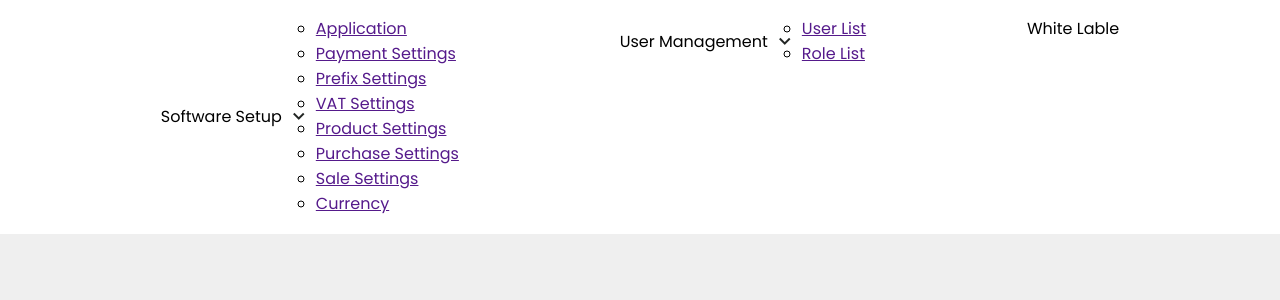
Repository: codebyaddro/pos-settings
Page: settings.html
An editor plug-in stored every save of this project. The page is shown before and after a run of saves, followed by the edit.
The browser window is 1280 px wide. The pictures show the whole page.

Above is the page before, as saved 2025-02-16 14:29:38.

After the next 22 saves:
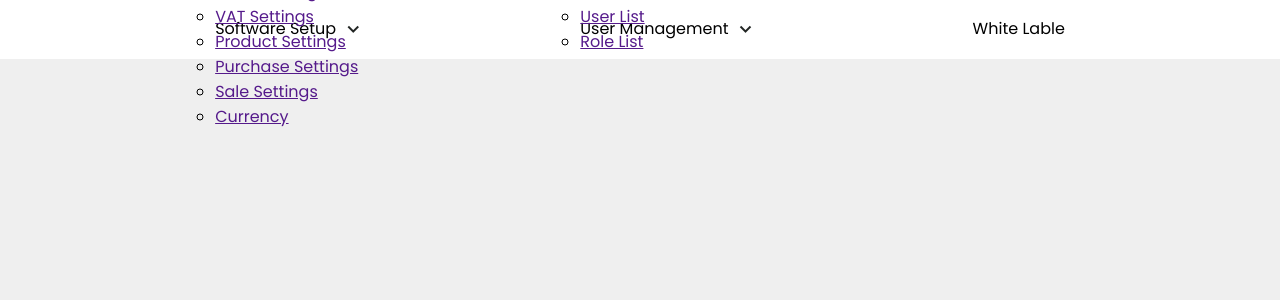
The 22 saves are shown as one change because they came seconds apart.
The last was saved 36 s later.
--- a/css/settings.css
+++ b/css/settings.css
@@ -74,7 +74,9 @@
 
 /* -- settings top menu bar dropdown style -- */
 
-.cba-settings-top-menubar
+.cba-settings-top-menubar > ul > .cba-stm-one {
+    position: relative;
+}
 
 .cba-settings-top-menubar > ul > li > ul {
     display: block;
